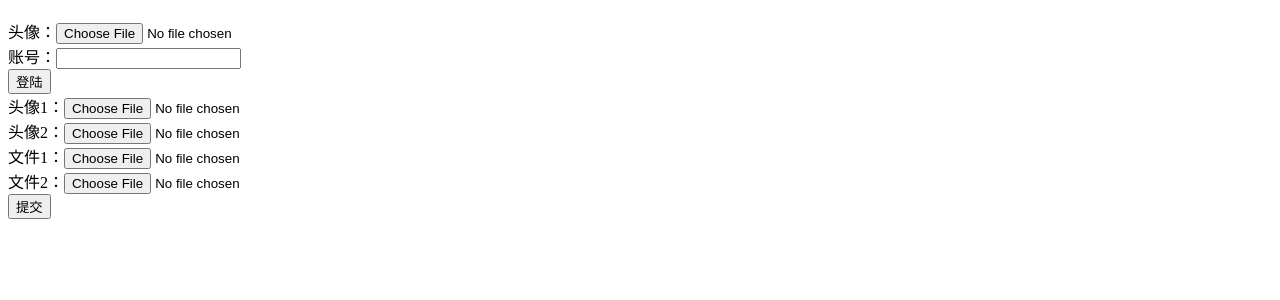
Repository: ocxz/spring
Page: http://localhost/91.SpringMVC_upload/
These files come from the project's save history. The page is drawn as it stood at one moment and after the next save; the edit follows.
The browser window is 1280 px wide. The pictures show the whole page.
The page is served by Tomcat 9. Other server files are loaded and not shown.

Above is the page before, as saved 2019-12-09 03:54:28.

### Spring/代码/91.SpringMVC_upload/src/main/webapp/index.jsp
<%@ page language="java" contentType="text/html; charset=UTF-8"
    pageEncoding="UTF-8"%>
<!DOCTYPE html>
<html>
<head>
<meta charset="UTF-8">
<title>Insert title here</title>
</head>
<body>
	<% pageContext.setAttribute("ctp", request.getContextPath()); %>
	<h3>${msg }</h3>
	<form action="fileUpload" method="post" enctype="multipart/form-data">
		头像：<input type="file" name="himage"> <br/>
		账号：<input type="text" name="username"> <br/>
		<input type="submit" value="登陆">
	</form>

		<form action="fileUploads" method="post" enctype="multipart/form-data">
		头像1：<input type="file" name="files"> <br/>
		头像2：<input type="file" name="files"> <br/>
		文件1：<input type="file" name="file1"> <br/>
		文件2：<input type="file" name="files2"> <br/>
		<input type="submit" value="提交">
	</form>
</body>
</html>

After the next save:
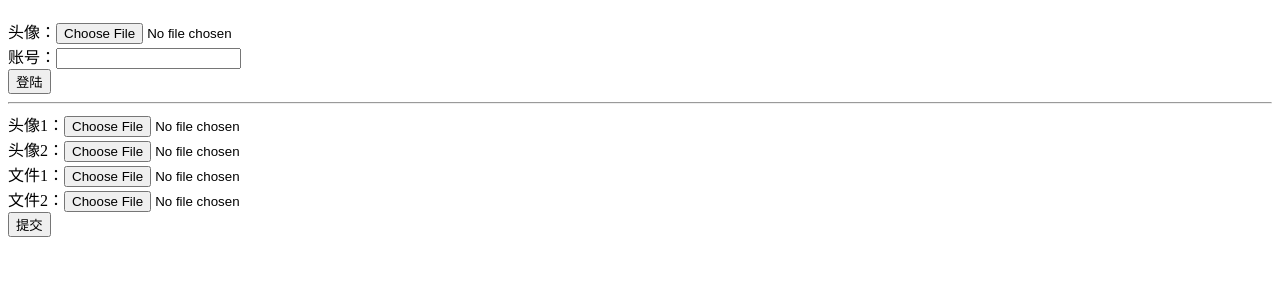
Saved 46 s later.
--- a/Spring/代码/91.SpringMVC_upload/src/main/webapp/index.jsp
+++ b/Spring/代码/91.SpringMVC_upload/src/main/webapp/index.jsp
@@ -8,12 +8,13 @@
 </head>
 <body>
 	<% pageContext.setAttribute("ctp", request.getContextPath()); %>
-	<h3>${msg }</h3>
-	<form action="fileUpload" method="post" enctype="multipart/form-data">
-		头像：<input type="file" name="himage"> <br/>
-		账号：<input type="text" name="username"> <br/>
-		<input type="submit" value="登陆">
-	</form>
+		<h3>${msg }</h3>
+		<form action="fileUpload" method="post" enctype="multipart/form-data">
+			头像：<input type="file" name="himage"> <br/>
+			账号：<input type="text" name="username"> <br/>
+			<input type="submit" value="登陆">
+		</form>
+		<hr/>
 
 		<form action="fileUploads" method="post" enctype="multipart/form-data">
 		头像1：<input type="file" name="files"> <br/>
